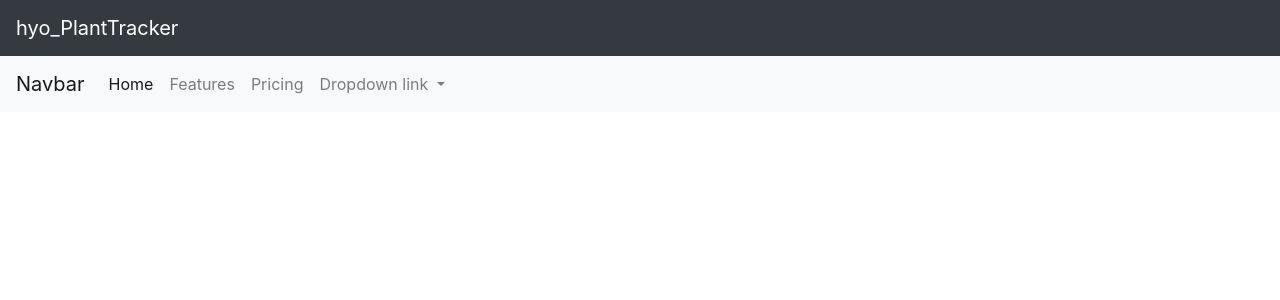
Repository: emersonwilliams/HYO_PlantTracker
Page: capstone_app/plant_tracker/templates/myplants.html
The author's editor kept a copy of each file at every save. The page is drawn from the files as they stood at one save, then again after the next save.
The browser window is 1280 px wide. The pictures show the whole page.

Above is the page before, as saved 2020-08-01 22:30:31.

After the next save:
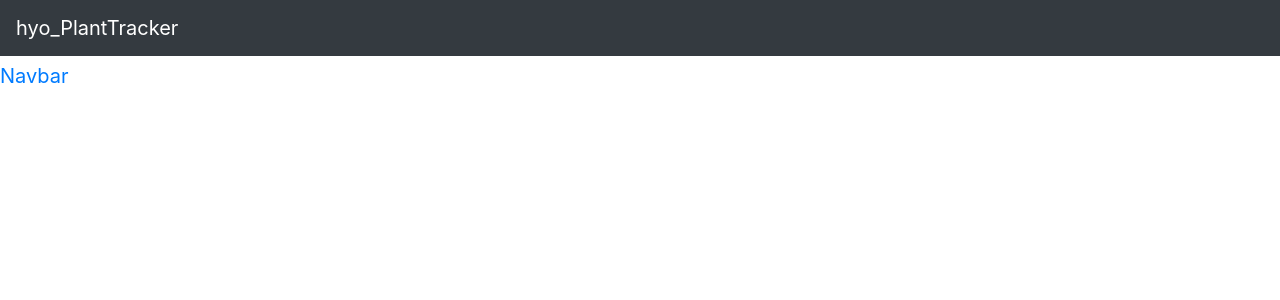
Saved 5 s later.
--- a/capstone_app/plant_tracker/templates/myplants.html
+++ b/capstone_app/plant_tracker/templates/myplants.html
@@ -17,7 +17,7 @@
       hyo_PlantTracker
       </a>
     </nav>
-    <nav class="navbar navbar-expand-lg navbar-light bg-light">
+
         <a class="navbar-brand" href="#">Navbar</a>
         <button class="navbar-toggler" type="button" data-toggle="collapse" data-target="#navbarNavDropdown" aria-controls="navbarNavDropdown" aria-expanded="false" aria-label="Toggle navigation">
           <span class="navbar-toggler-icon"></span>
